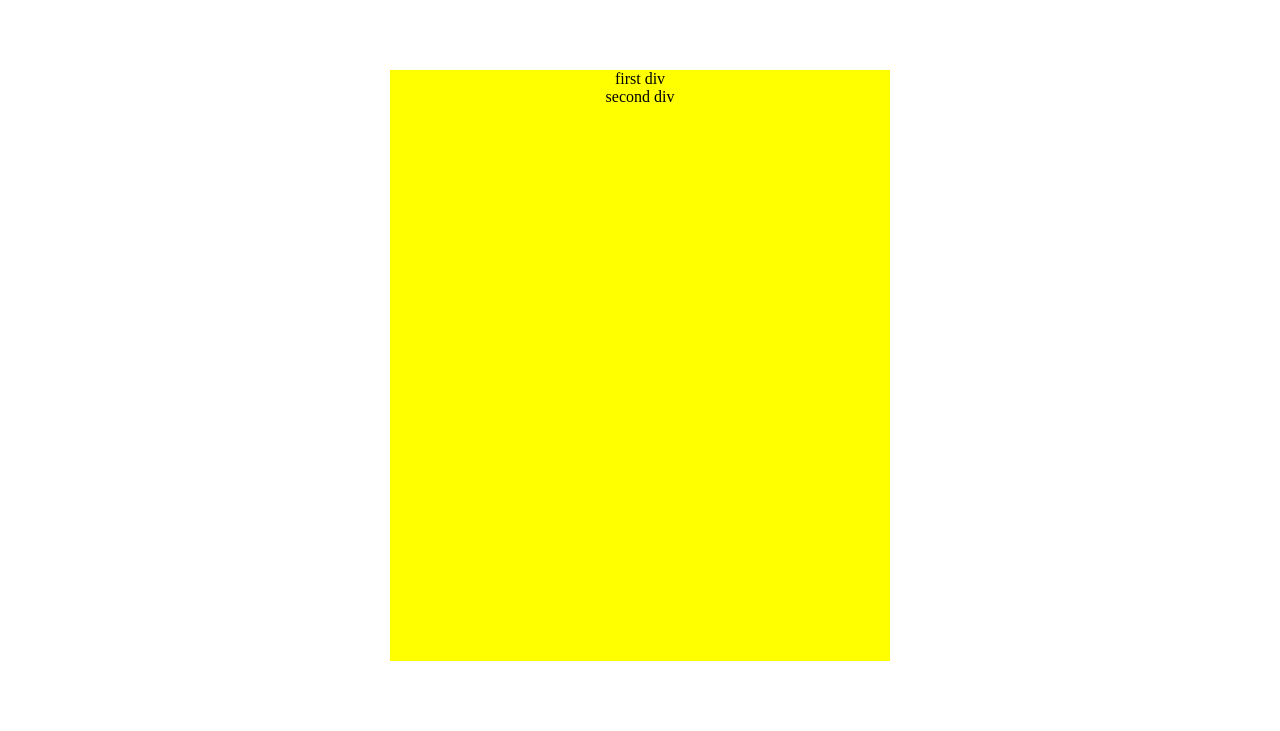
Repository: WajihaGul/Weather-App
Page: /
The author's editor kept a copy of each file at every save. The page is drawn from the files as they stood at one save, then again after the next save.
The browser window is 1280 px wide. The pictures show the whole page.
The project was rebuilt for these pictures with package versions that can differ from the ones it lists, and the page was loaded fresh each time. Also part of the build but not shown: src/index.css.

Above is the page before, as saved 2024-05-29 16:04:37.

### src/App.js
import Weather from "./Components/Weather/Weather";
function App() {
  return <Weather />;
}

export default App;

### src/Components/Weather/Weather.jsx
import styles from "./Weather.module.css";
const Weather = () => {
  return (
    <>
      <div className={styles.divhead}>
        first div
        <div>second div</div>
      </div>
    </>
  );
};

export default Weather;

### src/Components/Weather/Weather.module.css
.divhead{
    height: 591px;
    width: 500px;
    background-color: yellow;
    margin: 0 auto;
    margin-top: 70px;
    margin-bottom: 70px;
    display: flex;
    flex-direction: column;
    align-items: center;
}

Loaded but not shown: public/index.html (common file); src/index.js (common file); src/reportWebVitals.js (common file)

After the next save:
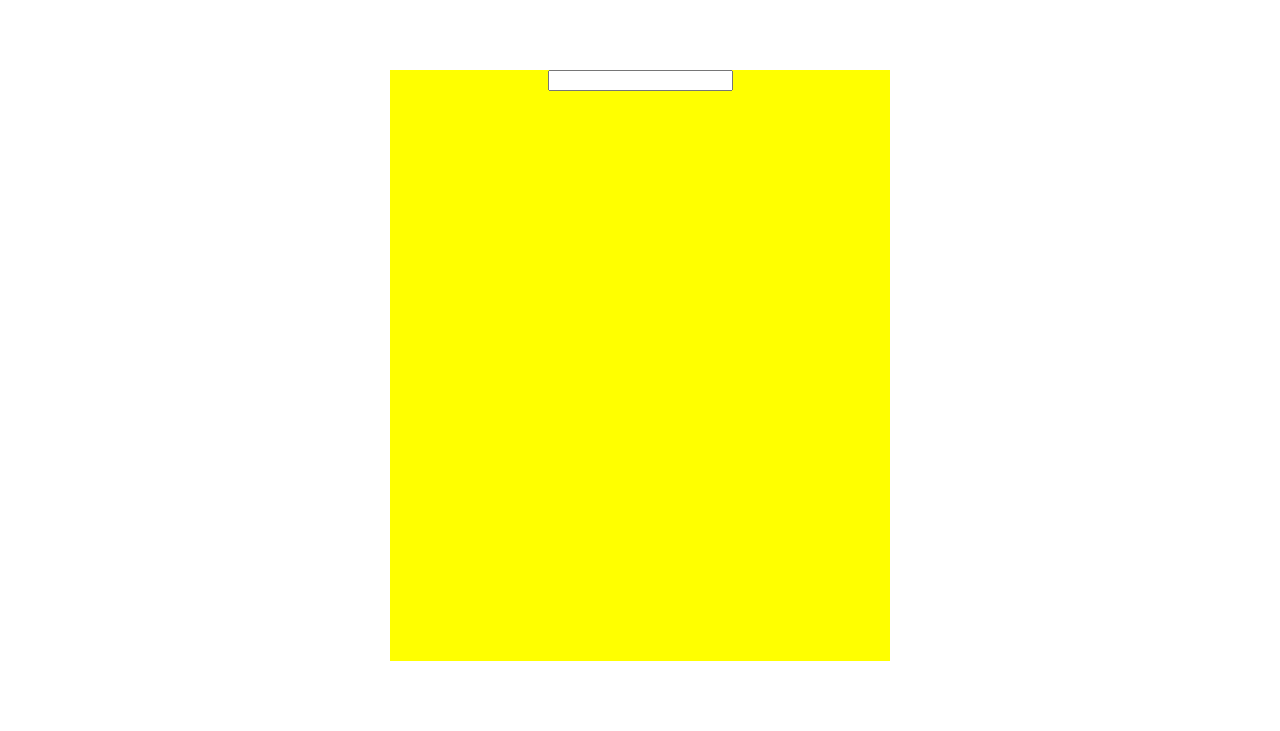
Saved 56 s later.
--- a/src/Components/Weather/Weather.jsx
+++ b/src/Components/Weather/Weather.jsx
@@ -3,8 +3,9 @@ const Weather = () => {
   return (
     <>
       <div className={styles.divhead}>
-        first div
-        <div>second div</div>
+        <div>
+          <input type="search" />
+        </div>
       </div>
     </>
   );
